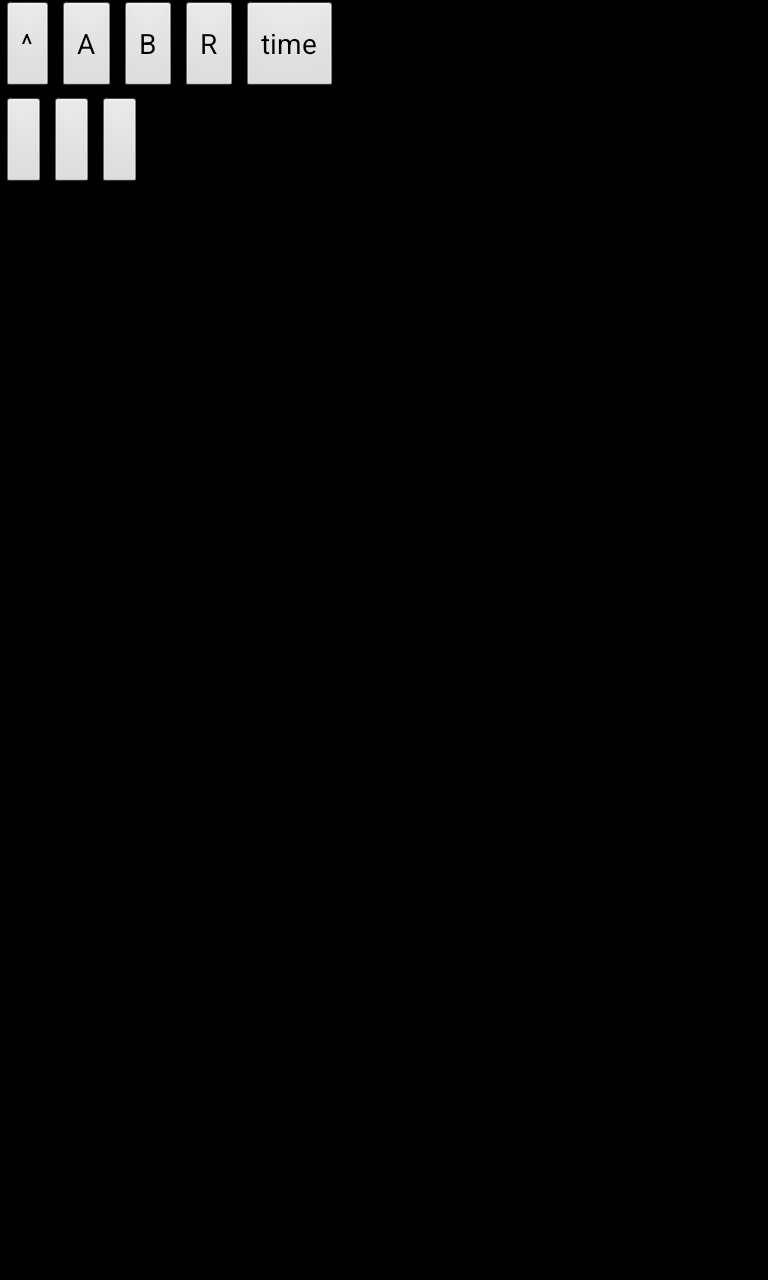
Repository: simplesns/workspace
Layout: eclipse/DEPuzzles/res/layout/crosswords.xml
The author's editor kept a copy of each file at every save. The layout is drawn from the files as they stood at one save, then again after the next save.
It is drawn on a 768 x 1280 px phone screen (xhdpi) without system bars, with theme android:Theme; the app's code is not run.

Above is the layout before, as saved 2011-01-22 01:29:53.

### eclipse/DEPuzzles/res/layout/crosswords.xml
<?xml version="1.0" encoding="utf-8"?>
<LinearLayout xmlns:android="http://schemas.android.com/apk/res/android"
	android:layout_width="fill_parent" android:layout_height="fill_parent"
	android:orientation="vertical">
	<LinearLayout android:id="@+id/LinearLayout01"
		android:layout_height="wrap_content" android:layout_width="fill_parent">
		<Button android:id="@+id/Button01" android:layout_width="wrap_content"
			android:layout_height="wrap_content" android:text="^"></Button>
		<Button android:id="@+id/Button02" android:layout_width="wrap_content"
			android:layout_height="wrap_content" android:text="A"></Button>
		<Button android:id="@+id/Button03" android:layout_width="wrap_content"
			android:layout_height="wrap_content" android:text="B"></Button>
		<Button android:id="@+id/Button04" android:layout_width="wrap_content"
			android:layout_height="wrap_content" android:text="R"></Button>
		<Button android:id="@+id/Button05" android:layout_width="wrap_content"
			android:layout_height="wrap_content" android:text="time"></Button>
	</LinearLayout>
	<ScrollView android:id="@+id/ScrollView01"
		android:layout_width="wrap_content" android:layout_height="wrap_content"></ScrollView>
	<LinearLayout android:id="@+id/LinearLayout02"
		android:layout_width="wrap_content" android:layout_height="wrap_content">
		<Button android:text="@+id/Button06" android:id="@+id/Button06"
			android:layout_width="wrap_content" android:layout_height="wrap_content"></Button>
		<Button android:text="@+id/Button07" android:id="@+id/Button07"
			android:layout_width="wrap_content" android:layout_height="wrap_content"></Button>
		<Button android:text="@+id/Button08" android:id="@+id/Button08"
			android:layout_width="wrap_content" android:layout_height="wrap_content"></Button>
	</LinearLayout>
</LinearLayout>

After the next save:
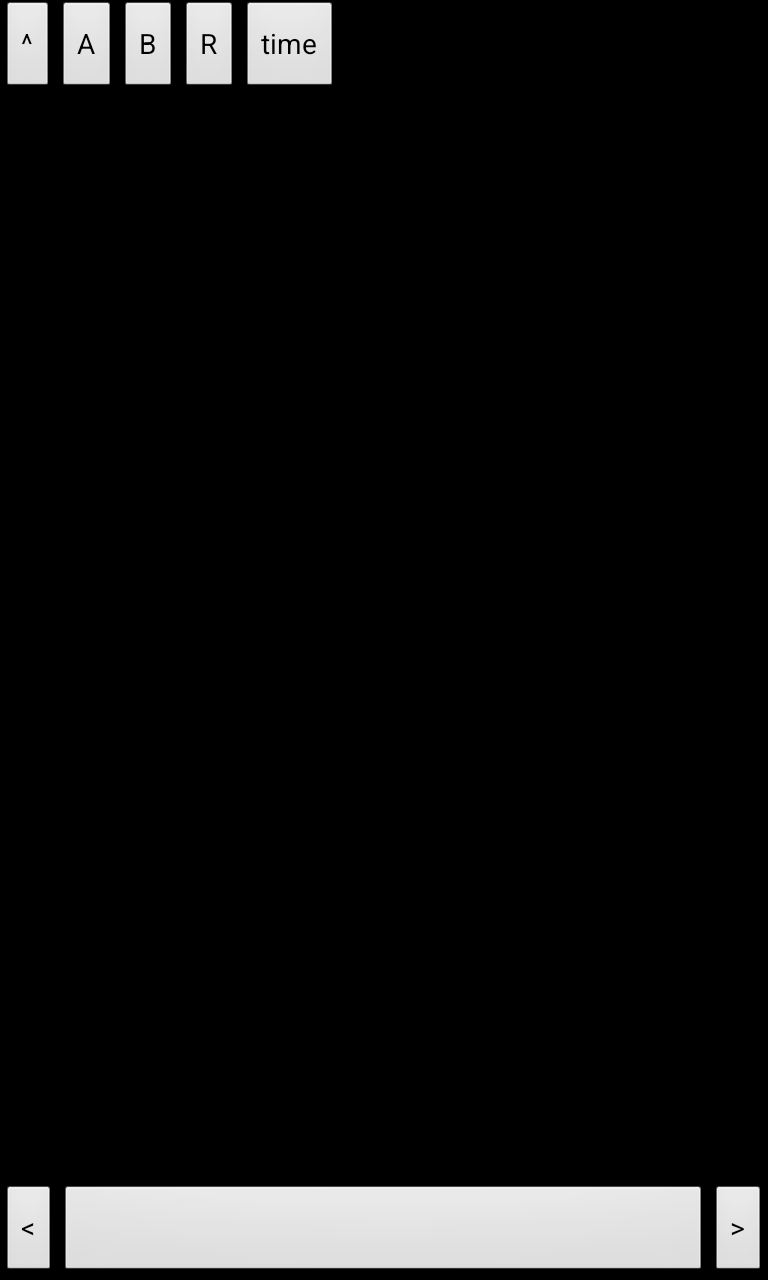
Saved 66 s later.
--- a/eclipse/DEPuzzles/res/layout/crosswords.xml
+++ b/eclipse/DEPuzzles/res/layout/crosswords.xml
@@ -16,14 +16,14 @@
 			android:layout_height="wrap_content" android:text="time"></Button>
 	</LinearLayout>
 	<ScrollView android:id="@+id/ScrollView01"
-		android:layout_width="wrap_content" android:layout_height="wrap_content"></ScrollView>
+		android:layout_width="wrap_content" android:layout_height="wrap_content" android:layout_weight="1"></ScrollView>
 	<LinearLayout android:id="@+id/LinearLayout02"
-		android:layout_width="wrap_content" android:layout_height="wrap_content">
-		<Button android:text="@+id/Button06" android:id="@+id/Button06"
-			android:layout_width="wrap_content" android:layout_height="wrap_content"></Button>
+		android:layout_height="wrap_content" android:layout_width="fill_parent">
+		<Button android:id="@+id/Button06"
+			android:layout_width="wrap_content" android:layout_height="wrap_content" android:text="&lt;"></Button>
 		<Button android:text="@+id/Button07" android:id="@+id/Button07"
-			android:layout_width="wrap_content" android:layout_height="wrap_content"></Button>
-		<Button android:text="@+id/Button08" android:id="@+id/Button08"
-			android:layout_width="wrap_content" android:layout_height="wrap_content"></Button>
+			android:layout_width="wrap_content" android:layout_height="wrap_content" android:layout_weight="1"></Button>
+		<Button android:id="@+id/Button08"
+			android:layout_width="wrap_content" android:layout_height="wrap_content" android:text="&gt;"></Button>
 	</LinearLayout>
 </LinearLayout>
